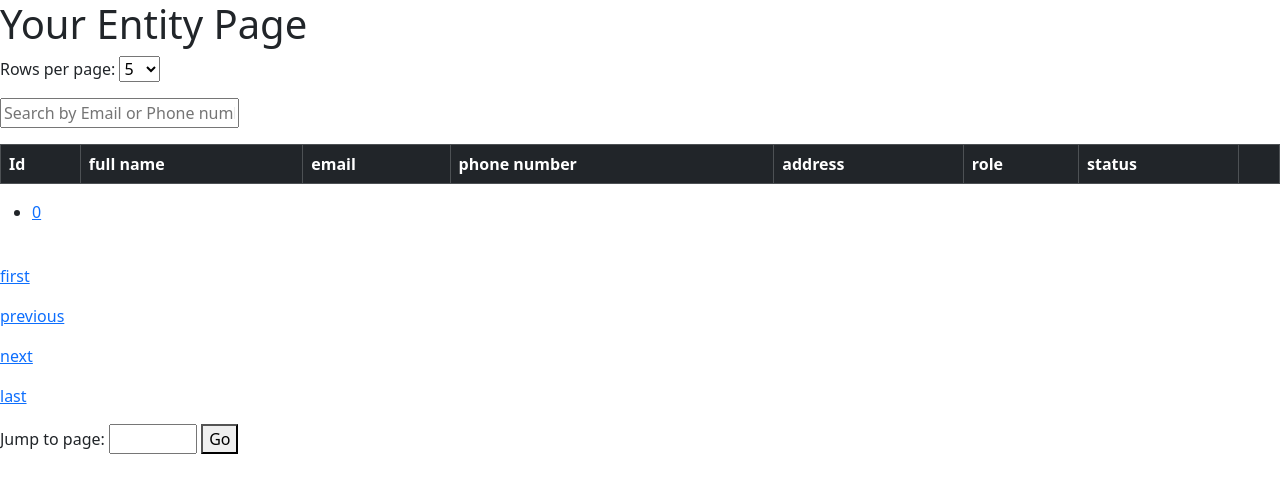
Repository: haitmq97/java-lab
Page: http://localhost/PRJ321x_Project1_haitmqfx22585/WEB-INF/views/page-list.jsp
An editor plug-in stored every save of this project. The page is shown before and after the next save, followed by the edit.
The browser window is 1280 px wide. The pictures show the whole page.
The page is served by Tomcat 9. Nobody is signed in. Other server files are loaded and not shown. The template is opened directly, without the code that normally fills it, so the values that code supplies are empty.

Above is the page before, as saved 2024-01-14 13:13:06.

### PRJ321x_Project1_haitmqfx22585/WebContent/WEB-INF/views/page-list.jsp
<%@ page contentType="text/html;charset=UTF-8" language="java"%>
<%@ taglib prefix="c" uri="http://java.sun.com/jsp/jstl/core"%>
<html>
<head>
<title>Your Entity Page</title>

<meta name="viewport" content="width=device-width, initial-scale=1">

<link
	href="https://cdn.jsdelivr.net/npm/bootstrap@5.3.2/dist/css/bootstrap.min.css"
	rel="stylesheet"
	integrity="sha384-T3c6CoIi6uLrA9TneNEoa7RxnatzjcDSCmG1MXxSR1GAsXEV/Dwwykc2MPK8M2HN"
	crossorigin="anonymous">



</head>
<body>
	<h1>Your Entity Page</h1>

	<form action="" method="get">
		<label for="pageSize">Rows per page:</label> <select id="pageSize"
			name="size" onchange="this.form.submit()">
			<option value="5" ${paginatedData.size == 5 ? 'selected' : ''}>5</option>
			<option value="10" ${paginatedData.size == 10 ? 'selected' : ''}>10</option>
			<option value="15" ${paginatedData.size == 15 ? 'selected' : ''}>15</option>
			<option value="20" ${paginatedData.size == 20 ? 'selected' : ''}>20</option>
			<!-- Add more options as needed -->
		</select>
		<noscript>
			<input type="submit" value="Submit">
		</noscript>
	</form>

	<form action="" method="get">
		<input type="text" name="searchingValue" value="${searchingValue}"
			placeholder="Search by Email or Phone number"
			onchange="this.form.submit()"></input>

		<noscript>
			<input type="submit" value="Submit">
		</noscript>
	</form>


	<%--
	<form action="" method="get">
		<input type="text" name="searchInput"
			placeholder="Search by Email or Phone number"
			oninput="return changeVariable(this.value)"></input>
 <p>abc:  </p>
	<input type="text" id="a1"  name="searchingValue" value="${searchingValue}"></input>
		<noscript>
			<input type="submit" value="Submit">
		</noscript>

	</form>

--%>

	<%-- customer list --%>
	<table
		class="table table-bordered table-striped border-black table-success">
		<thead>
			<tr class="table-dark">
				<th>Id</th>
				<th>full name</th>
				<th>email</th>
				<th>phone number</th>
				<th>address</th>
				<th>role</th>
				<th>status</th>
				<th>

			</tr>
		</thead>

		<tbody class="table-group-divider">
			<!-- loop over and print customer in list -->


			<c:forEach var="tempUser" items="${paginatedData.content}">
				<tr>
					<td>${tempUser.id}</td>
					<td>${tempUser.fullName}</td>
					<td>${tempUser.email}</td>
					<td>${tempUser.phoneNumber}</td>
					<td>${tempUser.address}</td>
					<td>${tempUser.role.roleName}</td>
					<td>${tempUser.status}</td>

				</tr>
			</c:forEach>
		</tbody>
	</table>


	<div>
		<ul>
			<c:forEach var="i" begin="${paginatedData.number}"
				end="${paginatedData.totalPages}">
				<li><a href="?page=${i}&size=${paginatedData.size}">${i}</a></li>
			</c:forEach>
		</ul>

		<br>
		<div>
			<p>
				<a
					href="?page=0&size=${currentSize}&searchingValue=${searchingValue}">first</a>
			</p>
			<p>
				<a
					href="?page=${prevPage}&size=${currentSize}&searchingValue=${searchingValue}">previous</a>
			</p>
			<p>
				<a
					href="?page=${nextPage}&size=${currentSize}&searchingValue=${searchingValue}">next</a>
			</p>
			<p>
				<a
					href="?page=${paginatedData.totalPages-1}&size=${currentSize}&searchingValue=${searchingValue}">last</a>
			</p>



			<form action="" method="get">
				<label for="jumpToPage">Jump to page:</label> <input type="number"
					id="jumpToPage" name="page" min="0"
					max="${paginatedData.totalPages - 1}" required> <input
					type="hidden" name="size" value="${currentSize}">
				<button type="submit">Go</button>
			</form>

		</div>

	</div>


	<script>
		function changeVariable(stringParam) {
			document.getElementById("a1").value = stringParam;
			return true;
		}
	</script>

</body>
</html>

After the next save:
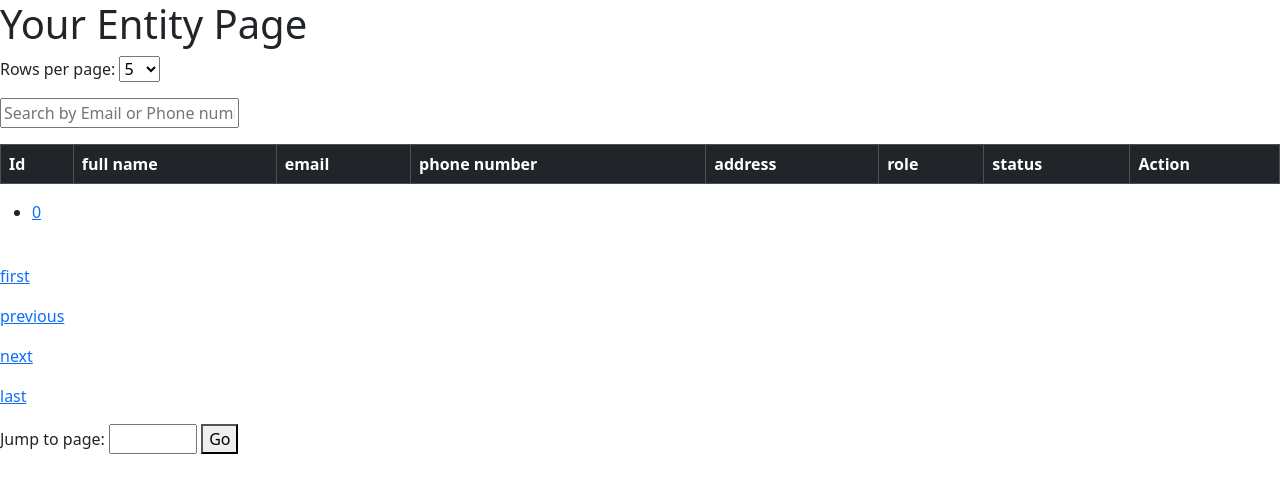
Saved 4 s later.
--- a/PRJ321x_Project1_haitmqfx22585/WebContent/WEB-INF/views/page-list.jsp
+++ b/PRJ321x_Project1_haitmqfx22585/WebContent/WEB-INF/views/page-list.jsp
@@ -70,7 +70,7 @@
 				<th>address</th>
 				<th>role</th>
 				<th>status</th>
-				<th>
+				<th>Action</th>
 
 			</tr>
 		</thead>
